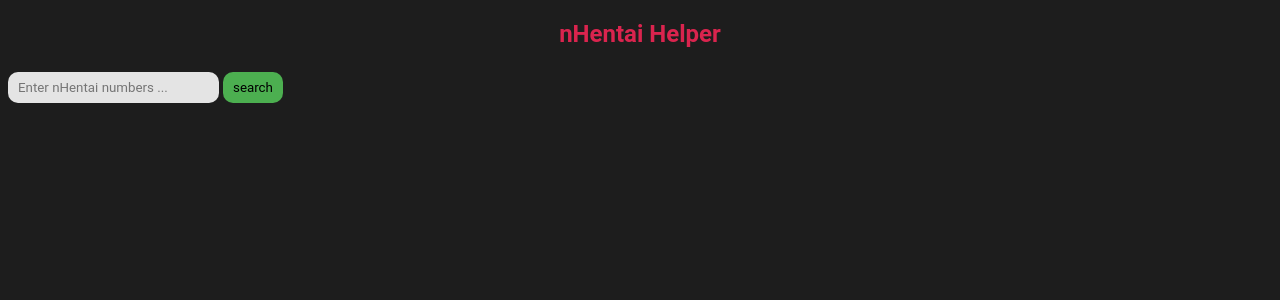
Repository: Lizadking/nHentai_Helper
Page: Mainpop.html
The author's editor kept a copy of each file at every save. The page is drawn from the files as they stood at one save, then again after a run of saves.
The browser window is 1280 px wide. The pictures show the whole page.

Above is the page before, as saved 2021-08-06 23:13:58.

### Mainpop.html
<!DOCTYPE html>
<!DOCTYPE html>
<html lang="en">
<head>
    <meta charset="UTF-8">
    <meta http-equiv="X-UA-Compatible" content="IE=edge">
    <meta name="viewport" content="width=device-width, initial-scale=1.0">
    <link rel="stylesheet" href="mainStylesheet.css">
    <title>nHentai Helper</title>
</head>
<body>
    <div class="container">
        <h2>
            nHentai Helper
        </h2>
        <form name = "nHentaiHelper">
            <input type = "text" id="tag" name = "ntag" placeholder="Enter nHentai numbers ...">

            <input type="submit" value="search", id = "submission">

        </form>
    </div>
    <!--enter script here-->
    <script src = "mainsrc.js"></script>
</body>
</html>

### mainStylesheet.css
h2
{
    color:#ed2553e8;
    text-align: center;
    font-family: 'Roboto', sans-serif;

}
body
{
    background-color: #1d1d1d;
}
[type=text]
{
    padding: 8px 10px;
    border: 0;
    background-color:rgb(228, 228, 228);
    font-family: 'Roboto', sans-serif;
    color:#535353e8;
    margin:4px 0;
    border-radius:10px;
}
#placeholder
{
    font-family: 'Roboto', sans-serif;
    color:rgb(228, 228, 228);
    border-radius:10px;

}
input[type=button],input[type=submit]
{
    padding: 8px 10px;
    border-radius:10px;
    border: 0;
    background-color: #4CAF50;
    font-family: 'Roboto', sans-serif;
}

.submission
{
    text-align: center;
}

### mainsrc.js




/*
document.addEventListener('DOMContentLoaded', function () {
    var btn = document.getElementById('submit');

    btn.addEventListener('click', function()
    {
        let defaultUrl= "https://nhentai.net/g/"
        let from = document.forms.nHentaiHelper;
        let elm = from.elements.ntag;
        let strElm = String(elm.value);
        console.log(strElm);
        let finalUrl = defaultUrl+=strElm+"/";
        chrome.tabs.create({ url: finalUrl})

    });
}  );
*/

document.getElementById('submission').addEventListener('click',function()
    {
        let defaultUrl= "https://nhentai.net/g/"
        let from = document.forms.nHentaiHelper;
        let elm = from.elements.ntag;
        let strElm = String(elm.value);
        console.log(strElm);
        let finalUrl = defaultUrl+=strElm+"/";
        //may change this line below
        chrome.tabs.create({url:finalUrl});


    });

After the next 2 saves:
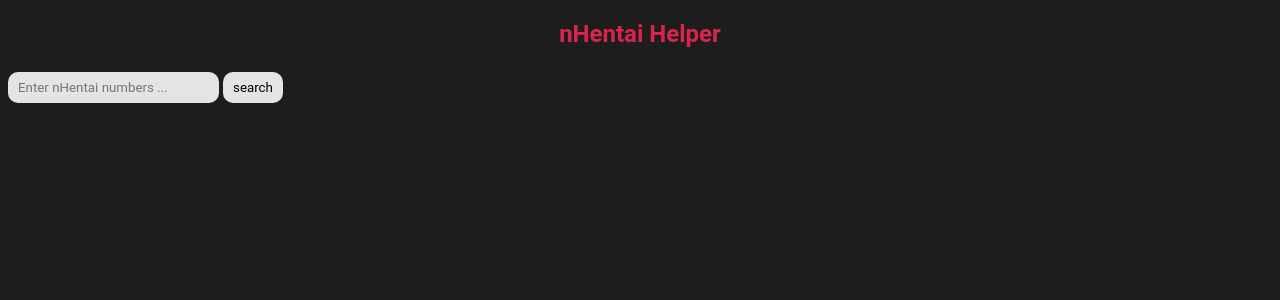
The 2 saves are shown as one change because they came seconds apart.
The last was saved 11 s later.
--- a/mainStylesheet.css
+++ b/mainStylesheet.css
@@ -31,7 +31,7 @@
     padding: 8px 10px;
     border-radius:10px;
     border: 0;
-    background-color: #4CAF50;
+    background-color: rgb(228, 228, 228);
     font-family: 'Roboto', sans-serif;
 }
 
